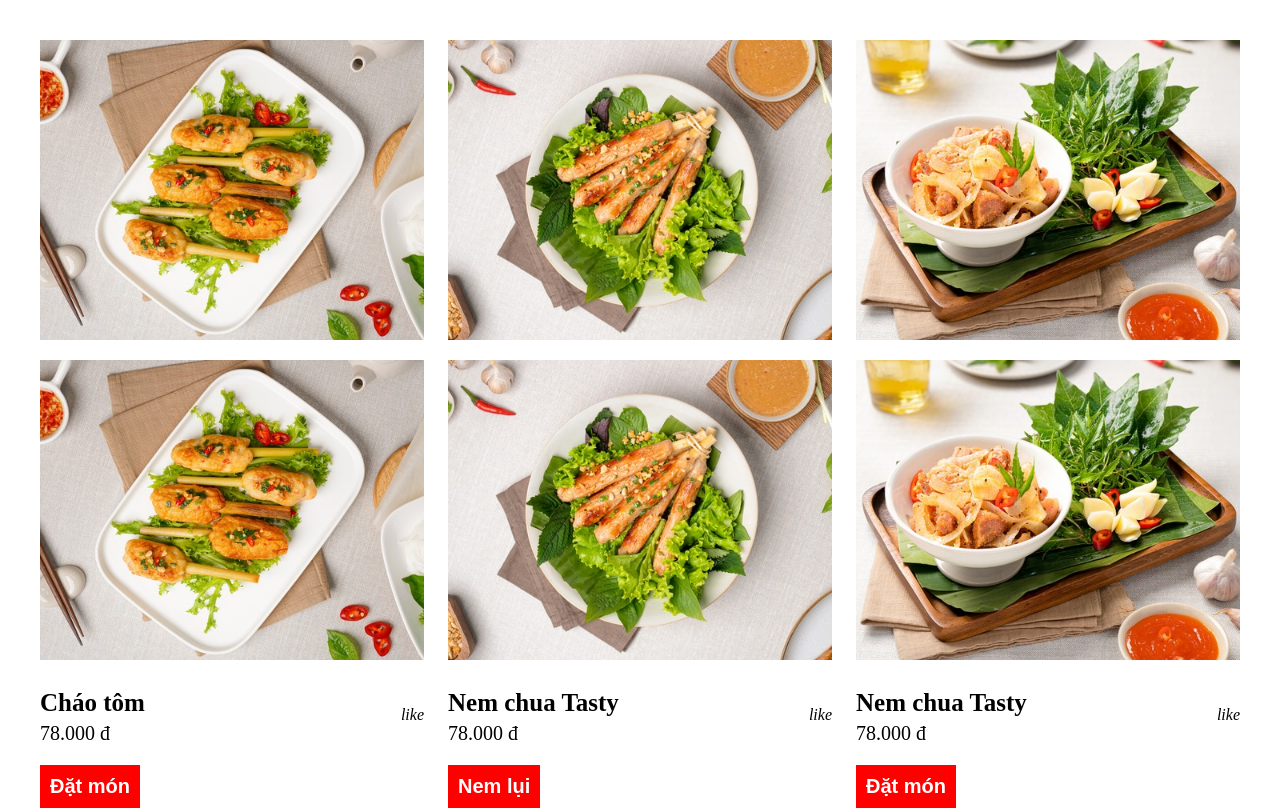
Repository: khoitq-acl/dolphin-restaurant
Page: index.html
An editor plug-in stored every save of this project. The page is shown before and after the next save, followed by the edit.
The browser window is 1280 px wide. The pictures show the whole page.

Above is the page before, as saved 2023-06-01 16:15:11.

### index.html
<!DOCTYPE html>
<html lang="en">

<head>
    <meta charset="UTF-8">
    <meta http-equiv="X-UA-Compatible" content="IE=edge">
    <meta name="viewport" content="width=device-width, initial-scale=1.0">
    <title>Dolphin</title>
    <link rel="stylesheet" href="style.css">
</head>

<body>
    <div class="item-list">
        <div class="item-row">
            <div class="item">

                <div class="img">
                    <img src="./img/chao-tom-4e2c.jpg" alt="chao-tom">
                </div>

                <div class="item-des">
                    <div class="item-text">
                        <p>Cháo tôm</p>
                        <span>78.000 đ</span>
                    </div>
                    <div class="item-icon">
                        <i>like</i>
                    </div>
                </div>

                <button class="btn-order">Đặt món</button>
            </div>

            <div class="item">

                <div class="img">
                    <img src="./img/nem-lui-434c.jpg" alt="nem-lui">
                </div>

                <div class="item-des">
                    <div class="item-text">
                        <p>Nem chua Tasty</p>
                        <span>78.000 đ</span>
                    </div>
                    <div class="item-icon">
                        <i>like</i>
                    </div>
                </div>

                <button class="btn-order">Nem lụi</button>
            </div>

            <div class="item">

                <div class="img">
                    <img src="./img/nem-chua-423b.jpg" alt="nem-chua">
                </div>

                <div class="item-des">
                    <div class="item-text">
                        <p>Nem chua Tasty</p>
                        <span>78.000 đ</span>
                    </div>
                    <div class="item-icon">
                        <i>like</i>
                    </div>
                </div>

                <button class="btn-order">Đặt món</button>
            </div>
            <div class="item">

                <div class="img">
                    <img src="./img/chao-tom-4e2c.jpg" alt="chao-tom">
                </div>

                <div class="item-des">
                    <div class="item-text">
                        <p>Cháo tôm</p>
                        <span>78.000 đ</span>
                    </div>
                    <div class="item-icon">
                        <i>like</i>
                    </div>
                </div>

                <button class="btn-order">Đặt món</button>
            </div>

            <div class="item">

                <div class="img">
                    <img src="./img/nem-lui-434c.jpg" alt="nem-lui">
                </div>

                <div class="item-des">
                    <div class="item-text">
                        <p>Nem chua Tasty</p>
                        <span>78.000 đ</span>
                    </div>
                    <div class="item-icon">
                        <i>like</i>
                    </div>
                </div>

                <button class="btn-order">Nem lụi</button>
            </div>

            <div class="item">

                <div class="img">
                    <img src="./img/nem-chua-423b.jpg" alt="nem-chua">
                </div>

                <div class="item-des">
                    <div class="item-text">
                        <p>Nem chua Tasty</p>
                        <span>78.000 đ</span>
                    </div>
                    <div class="item-icon">
                        <i>like</i>
                    </div>
                </div>

                <button class="btn-order">Đặt món</button>
            </div>
        </div>
    </div>
</body>

</html>

### style.css
* {
    margin: 0;
    padding: 0;
    box-sizing: border-box;
}
.item-row {
    display: flex;
    justify-content: space-between;
    padding: 40px;
    gap: 20px;
    flex-wrap: wrap;
}
.item {
    height: 300px;
   display: block;
    /*
    vw : viewport of width
    100vw
    */
    width: 30vw;
}

img, .img img {
    width: 100%;
}

.item-des {
    width: 100%;
    padding: 20px 0;
    display: flex;
    justify-content: space-between;
    align-items: center;
}

.item-text p {
    font-size: 25px;
    font-weight: bolder;
    padding: 5px 0;
}

.item-text span {
    font-size: 20px;
}

.btn-order {
    padding: 10px ;
    background-color: red;
    border: none;
    outline: none;
    color: white;
    font-size: 20px;
    font-weight: bold;
}

After the next save:
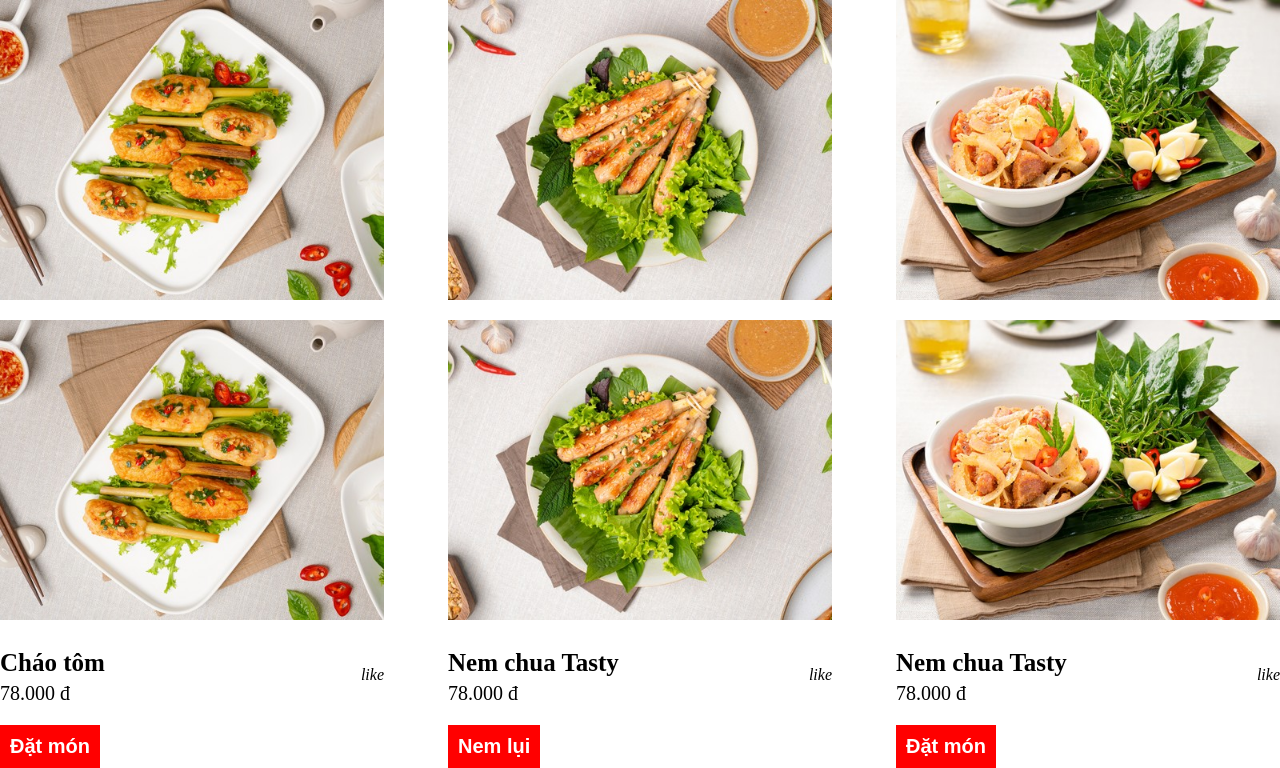
Saved 8 s later.
--- a/style.css
+++ b/style.css
@@ -6,7 +6,7 @@
 .item-row {
     display: flex;
     justify-content: space-between;
-    padding: 40px;
+    /* padding: 40px; */
     gap: 20px;
     flex-wrap: wrap;
 }
